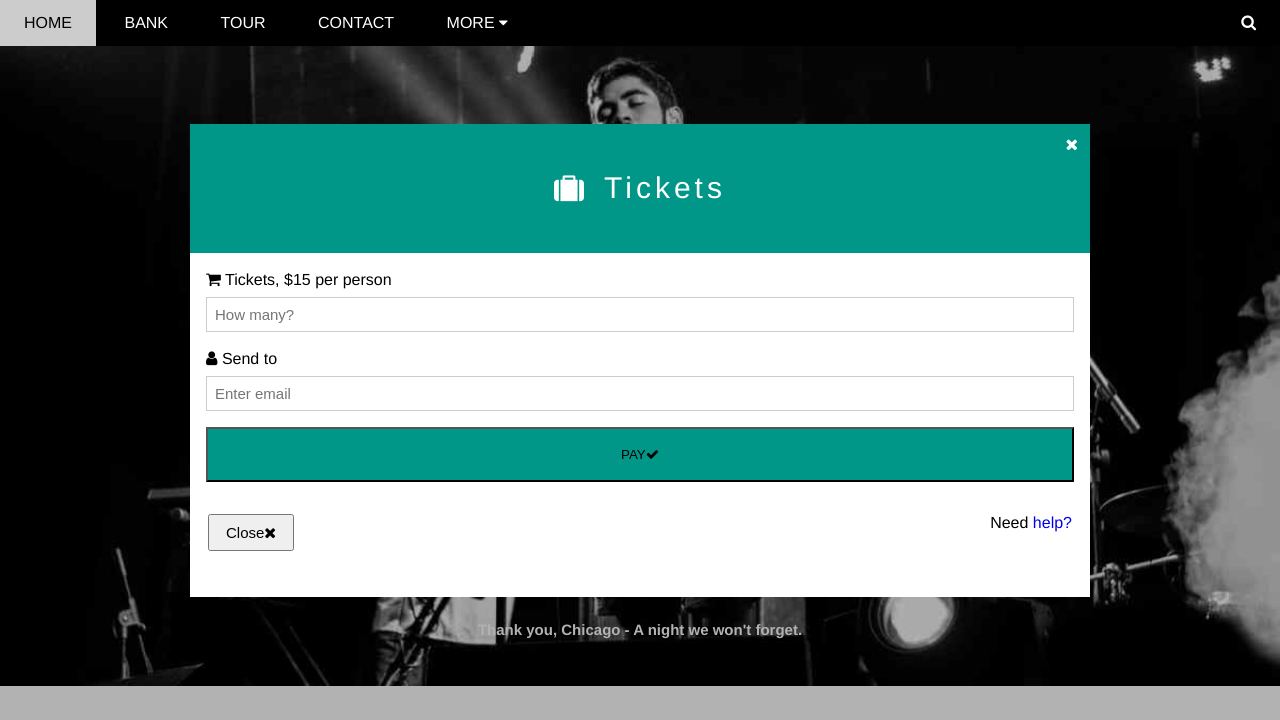
Repository: vuongtm1999/TheBand_W3School
Page: index.html
These files come from the project's save history. The page is drawn as it stood at one moment and after the next save; the edit follows.
The browser window is 1280 px wide. The pictures show the window.
A layer covers the whole window, so only the first screen is drawn.

Above is the page before, as saved 2022-08-27 16:12:57.

### index.html
<!DOCTYPE html>
<html lang="en">
<head>
    <meta charset="UTF-8">
    <meta http-equiv="X-UA-Compatible" content="IE=edge">
    <meta name="viewport" content="width=device-width, initial-scale=1.0">
    <title>Document</title>
    <link rel="stylesheet" href="./assets/css/style.css">
    <link rel="stylesheet" href="https://cdnjs.cloudflare.com/ajax/libs/font-awesome/4.7.0/css/font-awesome.min.css">

</head>
<body>
        <div id="header">
            <!-- begin: nav -->
            <ul id="nav">
                <li><a href="#">Home</a></li>
                <li><a href="#">Bank</a></li>
                <li><a href="#">Tour</a></li>
                <li><a href="#">Contact</a></li>
                <li>
                    <a href="#">More <i style="font-size: 15px;" class="fa fa-caret-down"></i></a>
                    <ul class="subnav">
                        <li><a href="#">Merchandise</a></li>
                        <li><a href="#">Extras</a></li>
                        <li><a href="#">Media</a></li>
                    </ul>
                </li>
            </ul>
            <!-- end: nav -->

            <!-- begin: search button -->
            <div class="search-button">
                <i class="fa fa-search"></i>
            </div>
            <!-- end: search button -->
        </div>

        <div id="slider">
            <div class="text-content">
                <div class="container">
                    <h3 class=text-heading>
                        Chicago
                    </h3>
                    <div class="text-description">
                        Thank you, Chicago - A night we won't forget.
                    </div>
                </div>
            </div>
        </div>

        <div id="content">
            <!-- about section -->
            <div class="content-section">
                <h2 class="section-heading">THE BAND</h2>
                <p class="section-sub-heading">We love music</p>
                <p class="section-about-text">We have created a fictional band website. Lorem ipsum dolor sit amet, consectetur adipiscing elit, sed do eiusmod tempor incididunt ut labore et dolore magna aliqua. Ut enim ad minim veniam, quis nostrud exercitation ullamco laboris nisi ut aliquip ex ea commodo consequat. Duis aute irure dolor in reprehenderit in voluptate velit esse cillum dolore eu fugiat nulla pariatur. Excepteur sint occaecat cupidatat non proident, sunt in culpa qui officia deserunt mollit anim id est laborum consectetur adipiscing elit, sed do eiusmod tempor incididunt ut labore et dolore magna aliqua. Ut enim ad minim veniam, quis nostrud exercitation ullamco laboris nisi ut aliquip ex ea commodo consequat.</p>

                <div class="member-list">

                    <div class="member-item">
                        <p class="member-name">Name</p>
                        <img class="member-image" src="assets/img/bandmember.jpg" alt="member">
                    </div>

                    <div class="member-item">
                        <p class="member-name">Name</p>
                        <img class="member-image" src="assets/img/bandmember.jpg" alt="member">
                    </div>

                    <div class="member-item">
                        <p class="member-name">Name</p>
                        <img class="member-image" src="assets/img/bandmember.jpg" alt="member">
                    </div>

                    <div class="clearFloat"></div>
                </div>
            </div>

            <!-- TOUR DATES section -->
            <div class="tour-section">
                <div class="content-section">
                    <h2 class="section-heading">THE BAND</h2>
                    <p class="section-sub-heading">We love music</p>

                    <ul class="ticket-list">
                        <li>September <span class="soldout">Sold out</span></li>
                        <li>October <span class="soldout">Sold out</span></li>
                        <li>November <span class="quantity">3</span></li>
                    </ul>

                    <div class="place-ticket">

                        <div class="place-item">
                            <img src="assets/img/place/newyork.jpg" alt="img-ticket" class="place-img">
                            <div class="place-body">
                                <h3 class="place-city">New York</h3>
                                <p class="place-time">Fri 27 Nov 2016</p>
                                <p class="place-description">Praesent tincidunt sed tellus ut rutrum sed vitae justo.</p>
                                <a href="#" class="place-buy-tickets">Buy tickets</a>
                            </div>
                        </div>

                        <div class="place-item">
                            <img src="assets/img/place/newyork.jpg" alt="img-ticket" class="place-img">
                            <div class="place-body">
                                <h3 class="place-city">New York</h3>
                                <p class="place-time">Fri 27 Nov 2016</p>
                                <p class="place-description">Praesent tincidunt sed tellus ut rutrum sed vitae justo.</p>
                                <a href="#" class="place-buy-tickets">Buy tickets</a>
                            </div>
                        </div>

                        <div class="place-item">
                            <img src="assets/img/place/newyork.jpg" alt="img-ticket" class="place-img">
                            <div class="place-body">
                                <h3 class="place-city">New York</h3>
                                <p class="place-time">Fri 27 Nov 2016</p>
                                <p class="place-description">Praesent tincidunt sed tellus ut rutrum sed vitae justo.</p>
                                <a href="#" class="place-buy-tickets">Buy tickets</a>
                            </div>
                        </div>

                        <div class="clearFloat"></div>
                    </div>
                </div>
            </div>



            <!-- CONTACT section -->
            <div class="content-section">
                <h2 class="section-heading">THE BAND</h2>
                <p class="section-sub-heading">We love music</p>
            </div>

        </div>

        <!-- Modal dialog -->
        <div id="modal">
            <div class="modal-container">
                <i class="fa fa-times close-icon" aria-hidden="true"></i>
                <header class="modal-header">
                    <i class="fa fa-suitcase mr-5"></i>
                     Tickets
                </header>
                <div class="modal-body">
                    <label for="quantity-sticket" class="modal-label">
                        <i class="fa fa-shopping-cart" aria-hidden="true"></i>
                        Tickets, $15 per person
                    </label>
                    <input type="text" id="quantity-sticket" class="quantity-sticketet" placeholder="How many?">

                    <label for="send-to-sticket" class="modal-label">
                        <i class="fa fa-user" aria-hidden="true"></i>
                        Send to
                    </label>
                    <input type="text" id="send-to-sticket" class="send-to-sticket" placeholder="Enter email" class=placeholder="Enter email">

                    <button id="btn-pay" class="btn-pay">PAY<i class="fa fa-check" aria-hidden="true"></i></button>
                </div>

                <div class="modal-footer">
                    <button class="btn-close">Close<i class="fa fa-times" aria-hidden="true"></i></button>

                    <div class="modal-text-help">Need <a href="#" id="btn-help">help?</a></div>
                </div>
            </div>
        </div>

        <div id="footer">

        </div>
    </div>
</body>
</html>

### assets/css/style.css
/* reset CSS */
* {
    margin: 0;
    padding: 0;
    box-sizing: border-box;
}

html {
    font-family: Helvetica, Arial, sans-serif;
}

#nav, .subnav, li{
    list-style-type: none;
}

#nav{
    display: inline-block;
}

/*
Nguyen tac lam viec
1. Vi tri
2. Kich thuoc
3. Mau sac
4. Kieu dang (kieu chu, hinh tron hay hinh vuong,...)
*/

/*
Tu ngoai vao trong
Tu tren xuong duoi
TU tong quan den chi tiet
 */

#main {}

#header {
    position: fixed;
    z-index: 1;
    height: 46px;
    background-color: #000;
    color: #fff;
    top: 0;
    left: 0;
    right: 0;
}

#nav li {
    text-decoration: none;
    line-height: 46px;
}

a{
    text-decoration: none;
}

#nav > li > a {
    /* display: inline-block; */
    padding: 0px 24px;
    color: #ffffff;
    text-transform: uppercase;
}

#nav > li {
    display: inline-block;
}

#nav li:last-child {
    position: relative;
}

#nav .subnav {
    background-color: #fff;
    position: absolute;
    display: none;
    top: 100%;
    left: 0;
    box-shadow:  0px 0px 10px rgba(0, 0, 0, 0.3);
    min-width: 160px;
}

#nav .subnav a{
    color: #000;
    padding: 0px 12px;
    line-height: 30px;
    display: inline-block;
    width: 100%;
}

#nav .subnav li:hover,
#nav > li:hover > a {
    color: #000;
    background-color: #ccc;
    display: block;
}

#nav > li:last-child:hover .subnav{
    display: block;
}

/* search btn */
#header .search-button{
    float: right;
    line-height: 46px;
    padding: 0 24px;
}

#header .search-button:hover{
    background-color: #f44336;
    cursor: pointer;
}

#slider {
    /* background-color: rgb(27, 22, 22); */
    margin-top: 46px;
/* padding-top bang 50% chieu rong cua thanh phan do */
    padding-top: 50%;
    position: relative;
    background: url("/assets/img/chicago.jpg") top center / cover no-repeat;
}

#slider .text-content{
    position: absolute;
    color: white;
    bottom: 48px;

    /* cach 1 */
    /* left: 50%;
    transform: translateX(-50%); */
    /* cach 2 */
    /* left: 0;
    right: 0; */
    /* cach 3 */
    width: 100%;
    text-align: center;
}

.text-heading{
    font-size: 24px;
    font-weight: 400;
}

.text-description{
    margin-top: 25px;
    font-weight: bolder;
    font-size: 15px;
}

#content .content-section{
    width: 800px;
    padding: 64px 0;
    margin-left: auto;
    margin-right: auto;
}

.content-section .section-heading,
.content-section .section-about-text{
    margin: 15px 0px;
}

.content-section .section-heading,
.content-section .section-sub-heading{
    text-align: center;
}

.content-section .section-sub-heading{
    font-size: 15px;
    opacity: 0.7;
    font-style: italic;
}

.content-section .section-heading{
    font-size: 30px;
    font-weight: 500;
    letter-spacing: 4px;
}

.content-section .section-about-text{
    /* line-height khong co px */
    line-height: 1.5;
    font-size: 15px;
    text-align: justify;
}

.content-section .member-item{
    float: left;
    width: calc(100%/3);

    /* width: 33.333%; */
}

.content-section .member-list{
    margin: 32px 0;
    text-align: center;

    /* Khac phuc khi dung float :left */
    /* overflow: hidden; */
}

.content-section .member-name{
    /* text-align: center; */
}

.content-section .member-name{
    margin: 15px 0;
}

.content-section .member-image{
    width: 154px;
    border-radius: 4px;
}

.content-section .clearFloat{
    /* Khac phuc khi dung float :left */
    clear: both;
}

/* Tour section */
.tour-section{
    background-color: #000;
}

/*  begin: tour section */
.section-heading,
.section-sub-heading{
    color: white;
}

.ticket-list{
    background-color: white;
}

.ticket-list > li{
    font-size: 15px;
    padding: 12px;
    border-bottom: 1px solid #ddd;
    color: #757575;
}

.soldout{
    background-color: #f44336;
    padding: 6px;
    margin-left: 16px;
    color: #fff;
}

.quantity{
    float: right;
    margin-right: 16px;
    background-color: #000;
    width: 24px;
    height: 24px;
    border-radius: 50%;
    color: white;
    text-align: center;
    line-height: 24px;
    margin-top: -3px;
}

/* place-ticket */
.place-ticket{
    /* margin-top: 32px; */
    padding-top: 32px;
    margin-left: -8px;
    margin-right: -8px;
}

.place-item{
    float: left;
    width: 33.3333%;
    padding: 0 8px;
}

.place-img{
    width: 100%;
    display: block;
}

.place-img:hover{
    opacity: 0.7;
}

.place-body{
    background-color: white;
    color: rgb(1, 1, 1);
    padding: 16px;
}

.place-city{
    font-weight: 550;
}

.place-time{
    opacity: 0.8;
    margin: 15px 0;
}

.place-description{
    margin: 15px 0;
    line-height: 1.5;
}

.place-buy-tickets{
    background-color: #000;
    padding: 8px 16px;
    color: white;
    display: inline-block;
}

.place-buy-tickets:hover{
    background-color: #ccc;
    color: #000;
}

/* modal dialog */
#modal{
    position: fixed;
    background-color: rgba(0, 0, 0, 0.3);
    top: 0;
    left: 0;
    right: 0;
    bottom: 0;

    display: flex;
    align-items: center;
    justify-content: center;
}

.modal-container{
    background-color: #fff;
    width: 900px;
    min-height: 473px;
    position: relative;
}

.modal-header {
    height: 129px;
    background-color: #009688;
    display: flex;
    align-items: center;
    justify-content: center;
    letter-spacing: 4px;
    font-weight: 400;
    font-size: 30px;
    color: #fff;
}

.mr-5{
    margin-right: 16px;
}
.close-icon{
    position: absolute;
    top: 0;
    right: 0;
    padding: 12px;
    color: #fff;
}

.close-icon:hover{
    background-color: #ccc;
    color: #000
}

.modal-body {
    padding: 0 16px;
}

.modal-label{
    display: block;
    margin: 18px 0 8px 0;
}

.quantity-sticketet,
.send-to-sticket{
    border: 1px solid #ccc;
    padding: 8px;
    font-size: 15px;
    width: 100%;
}

.btn-pay{
    margin: 16px 0;
    width: 100%;
    background-color: #009688;
    padding: 18px;
}

.modal-footer{
    padding: 0 18px;
    margin: 16px 0;
}

.modal-text-help{
    float: right;
}

.btn-close{
    padding: 8px 16px;
    font-size: 15px;
}



#container {
    /* height: 500px;
    background-color: #ccc; */
}

#content {}

#footer {}

After the next save:
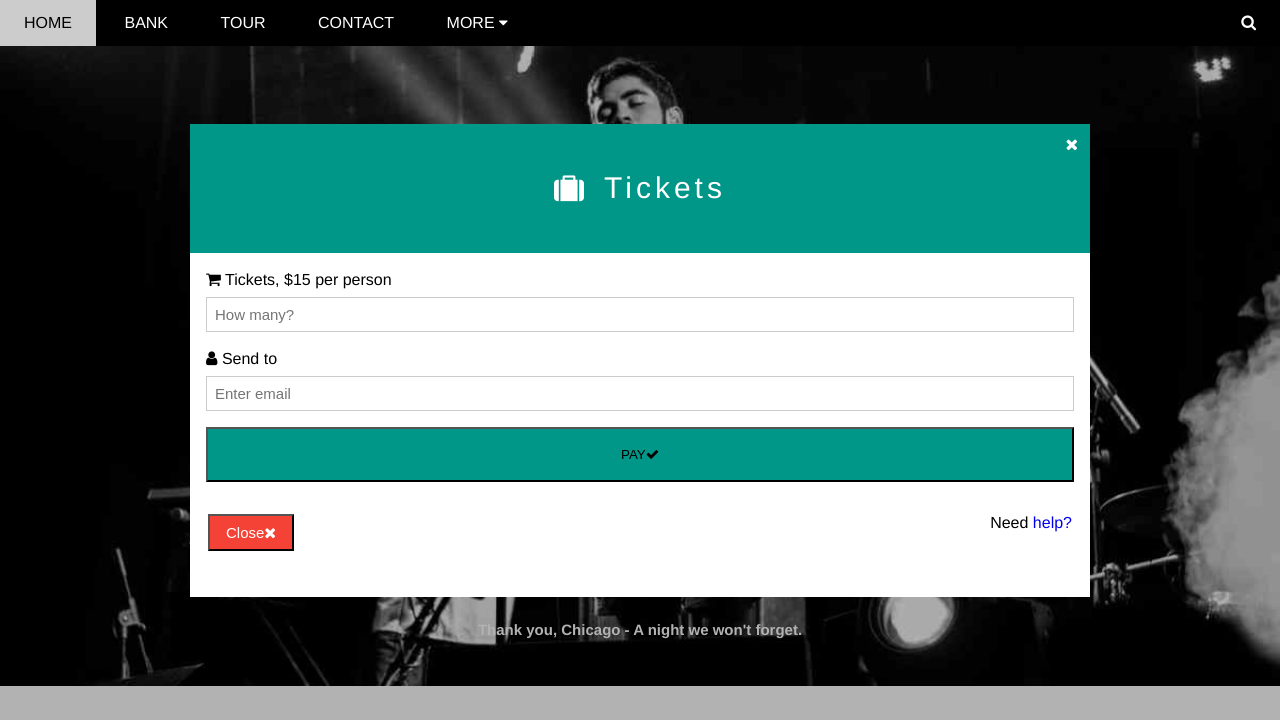
Saved 49 s later.
--- a/assets/css/style.css
+++ b/assets/css/style.css
@@ -396,6 +396,8 @@ a{
 .btn-close{
     padding: 8px 16px;
     font-size: 15px;
+    color: #fff;
+    background-color: #f44336;
 }
 
 
